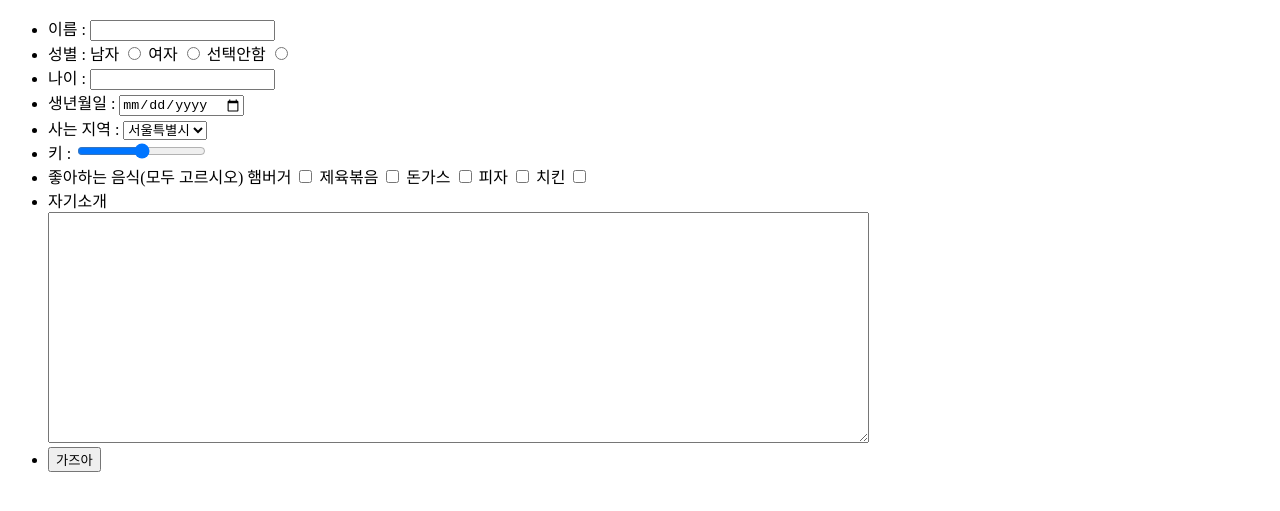
Repository: ghksl0204-shapa/dynamic-web
Page: MyFirstWebProject/src/main/webapp/views/request_get2.html
An editor plug-in stored every save of this project. The page is shown before and after the next save, followed by the edit.
The browser window is 1280 px wide. The pictures show the whole page.

Above is the page before, as saved 2026-05-04 08:22:44.

### MyFirstWebProject/src/main/webapp/views/request_get2.html
<!DOCTYPE html>
<html>
<head>
<meta charset="UTF-8">
<title>실습</title>
</head>
<body>

	<form action="http://localhost:8088/first/second.do" method="get">
		<ul>
			<li>
				이름 : <input type="text" name="name" />
			</li>
			<li>
				성별 :
				남자 <input type="radio" name="gender" value="남자" />
				여자 <input type="radio" name="gender" value="여자" />
				선택안함 <input type="radio" name="gender" value="선택 안 함" />
			</li>
			<li>
				나이 : <input type="number" name="age" />
			</li>
			<li>
				생년월일 : <input type="date" name="birthDate">
			</li>
			<li>
				사는 지역 :
				<select name="city">
					<option>서울특별시</option>
					<option>경기도</option>
					<option>인천광역시</option>
					<option>강원도</option>
					<option>충청북도</option>
					<option>충청남도</option>
					<option>대전광역시</option>
					<option>세종특별시</option>
					<option>경상북도</option>
					<option>대구광역시</option>
					<option>울산광역시</option>
					<option>경상남도</option>
					<option>부산특별시</option>
					<option>전라북도</option>
					<option>전라남도</option>
					<option>광주광역시</option>
					<option value="제주도">제주도</option>
				</select>
			</li>
			<li>
				키 : <input type="range" min="130" max="220" name="height" />
			</li>
			<li>
				좋아하는 음식(모두 고르시오)
				햄버거 <input type="checkbox" name="food" value="햄버거" />
				제육볶음 <input type="checkbox" name="food" value="제육볶음" />
				돈가스 <input type="checkbox" name="food" value="돈가스" />
				피자 <input type="checkbox" name="food" value="피자" />
				치킨 <input type="checkbox" name="food" value="치킨" />
			</li>
			<li>
				자기소개 <br>
				<textarea rows="15" cols="100"></textarea>
			</li>
			<li>
				<button type="submit">가즈아</button>
			</li>
		</ul>
	</form>

</body>
</html>

After the next save:
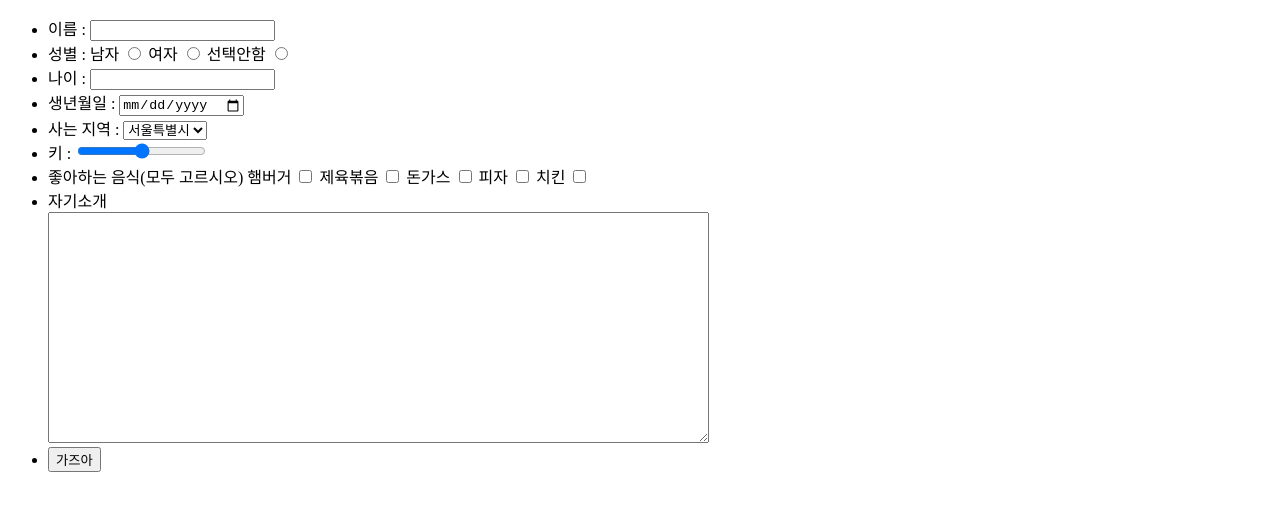
Saved 6 s later.
--- a/MyFirstWebProject/src/main/webapp/views/request_get2.html
+++ b/MyFirstWebProject/src/main/webapp/views/request_get2.html
@@ -58,7 +58,7 @@
 			</li>
 			<li>
 				자기소개 <br>
-				<textarea rows="15" cols="100"></textarea>
+				<textarea rows="15" cols="80"></textarea>
 			</li>
 			<li>
 				<button type="submit">가즈아</button>
